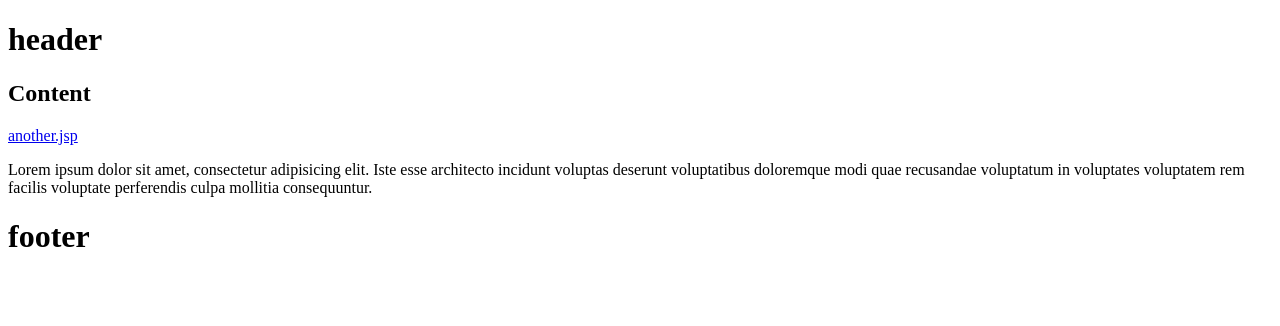
Repository: kianpas/KH_Server
Page: http://localhost/01_helloweb/jsp/include.jsp
An editor plug-in stored every save of this project. The page is shown before and after the next save, followed by the edit.
The browser window is 1280 px wide. The pictures show the whole page.
The page is served by Tomcat 9.

Above is the page before, as saved 2021-03-24 12:30:45.

After the next save:
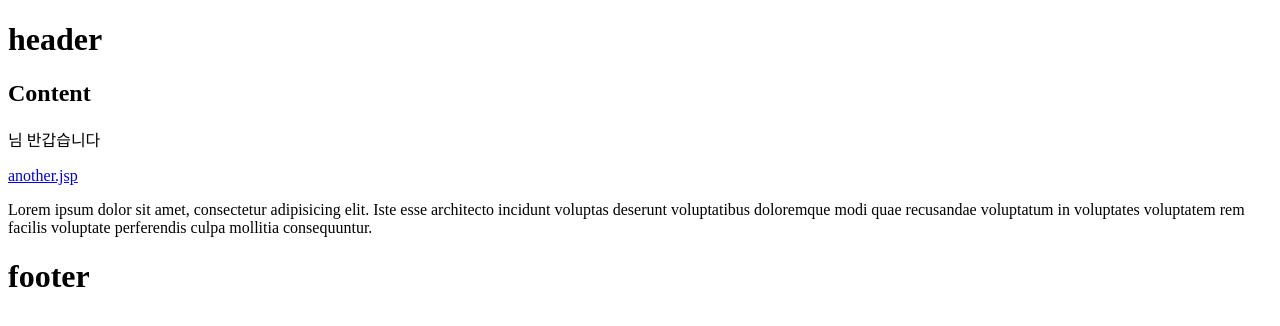
Saved 34 s later.
--- a/01_helloweb/WebContent/jsp/include.jsp
+++ b/01_helloweb/WebContent/jsp/include.jsp
@@ -2,6 +2,7 @@
 	pageEncoding="UTF-8"%>
 	<%@ include file="/jsp/header.jsp" %>
 		<h1>Content</h1>
+		<p>님 반갑습니다</p>
 		<a href="/web/jsp/another.jsp">another.jsp</a>
 		<p>Lorem ipsum dolor sit amet, consectetur adipisicing elit. Iste
 			esse architecto incidunt voluptas deserunt voluptatibus doloremque
